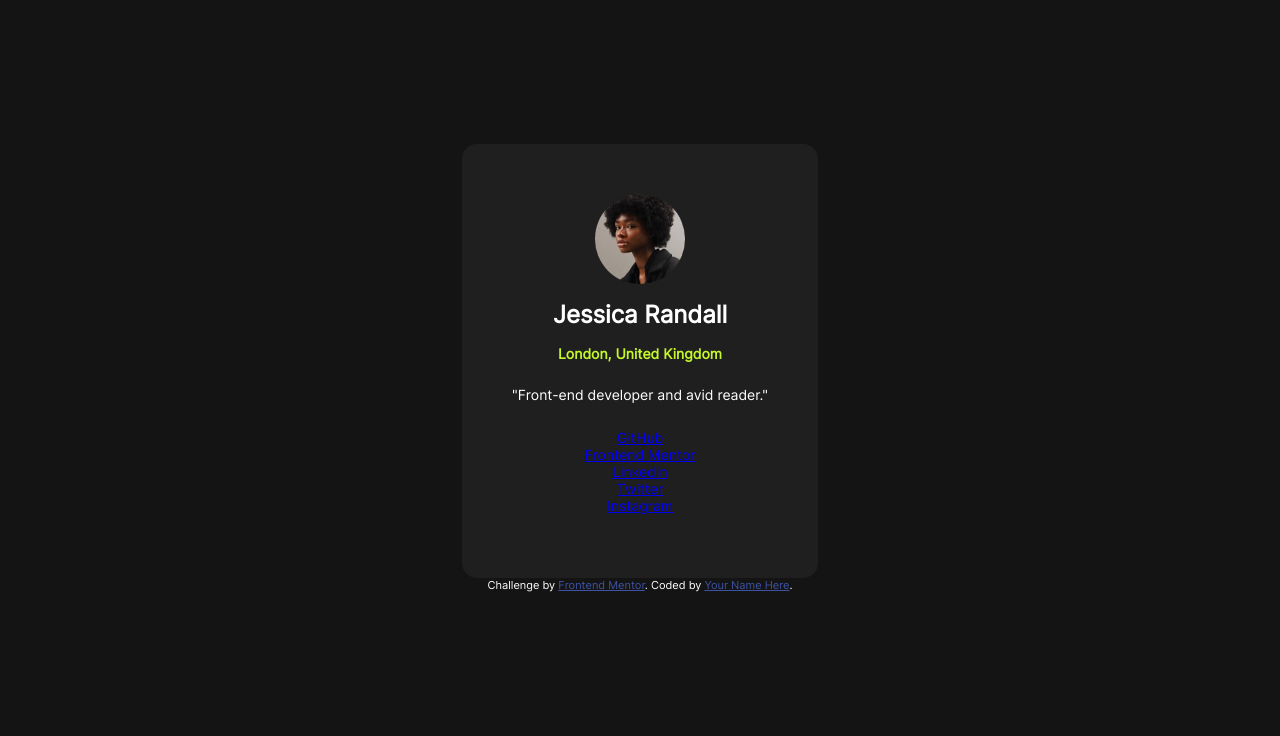
Repository: RudyJ/social-links-profile
Page: index.html
An editor plug-in stored every save of this project. The page is shown before and after the next save, followed by the edit.
The browser window is 1280 px wide. The pictures show the whole page.

Above is the page before, as saved 2024-04-02 20:01:16.

### index.html
<!DOCTYPE html>
<html lang="en">

  <head>
    <meta charset="UTF-8">
    <meta name="viewport" content="width=device-width, initial-scale=1.0">
    <!-- displays site properly based on user's device -->

    <link rel="icon" type="image/png" sizes="32x32" href="./assets/images/favicon-32x32.png">

    <title>Frontend Mentor | Social links profile</title>

    <link rel="stylesheet" href="./assets/css/style.css" />
    <!-- Feel free to remove these styles or customise in your own stylesheet 👍 -->
    <style>
      .attribution {
        font-size: 11px;
        text-align: center;
      }

      .attribution a {
        color: hsl(228, 45%, 44%);
      }

    </style>
  </head>

  <body>

    <div class="card">
      <div class="imagem">
        <img src="./assets/images/avatar-jessica.jpeg" />
      </div>
      <h1>Jessica Randall</h1>
      <h2>London, United Kingdom</h2>
      <p>"Front-end developer and avid reader."</p>
      <ul>
        <li>
          <a href="#">GitHub</a>
        </li>
        <li>
          <a href="#">Frontend Mentor</a>
        </li>
        <li>
          <a href="#">LinkedIn</a>
        </li>
        <li>
          <a href="#">Twitter</a>
        </li>
        <li>
          <a href="#">Instagram</a>
        </li>
      </ul>
    </div>

    <div class="attribution">
      Challenge by <a href="https://www.frontendmentor.io?ref=challenge" target="_blank">Frontend Mentor</a>.
      Coded by <a href="#">Your Name Here</a>.
    </div>
  </body>

</html>

### assets/css/style.css
@font-face {
    font-family: 'Inter';
    src: url('../fonts/static/Inter-Regular.ttf');
    font-weight: 400;
}


body {
    background-color: hsl(0, 0%, 8%);
    color: hsl(0, 0%, 100%);
    display: flex;
    flex-direction: column;
    align-items: center;
    justify-content: center;
    height: 100vh;
    overflow: hidden;
    font-family: 'Inter';
    font-weight: 400;
    font-size: 14px;
}


body .card {
    background-color: hsl(0, 0%, 12%);
    padding:  50px;
    box-sizing: border-box;
    border-radius: 15px;
    text-align: center;
}

body .card .imagem {
    width: 35%;
    border-radius: 50%;
    overflow: hidden;
    display: block;
    margin: auto;
}

body .card .imagem img {
    width: 100%;
    display: block;
}


body .card h1 {
    font-size: 24px;
}
body .card h2 {
    color: hsl(75, 94%, 57%);
    font-size: 14px;
    margin-bottom: 24px;
}
body .card p {
    font-size: 14px;
    margin-bottom: 26px;
}

body .card ul {
    list-style: none;
    padding-left: 0;
}

After the next save:
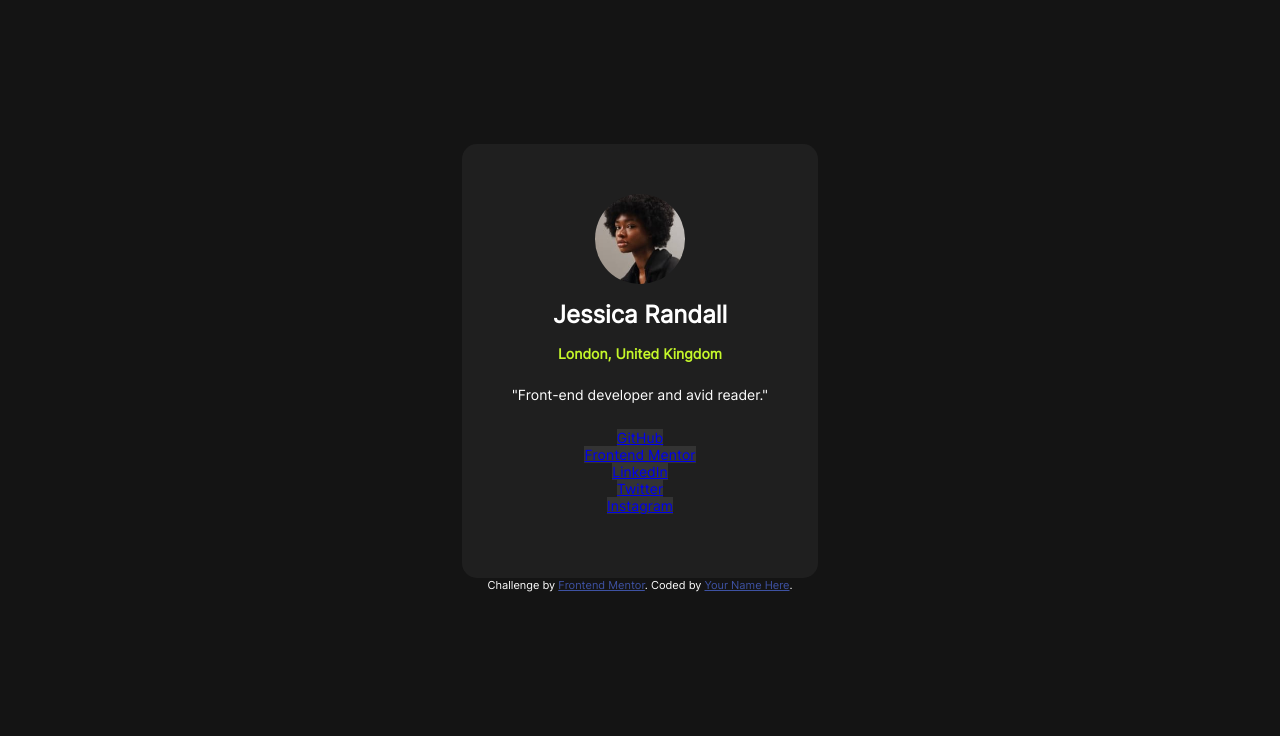
Saved 96 s later.
--- a/assets/css/style.css
+++ b/assets/css/style.css
@@ -59,3 +59,9 @@ body .card ul {
     list-style: none;
     padding-left: 0;
 }
+
+body .card ul li {}
+
+body .card ul li a {
+    background-color: hsl(0, 0%, 20%);
+}
